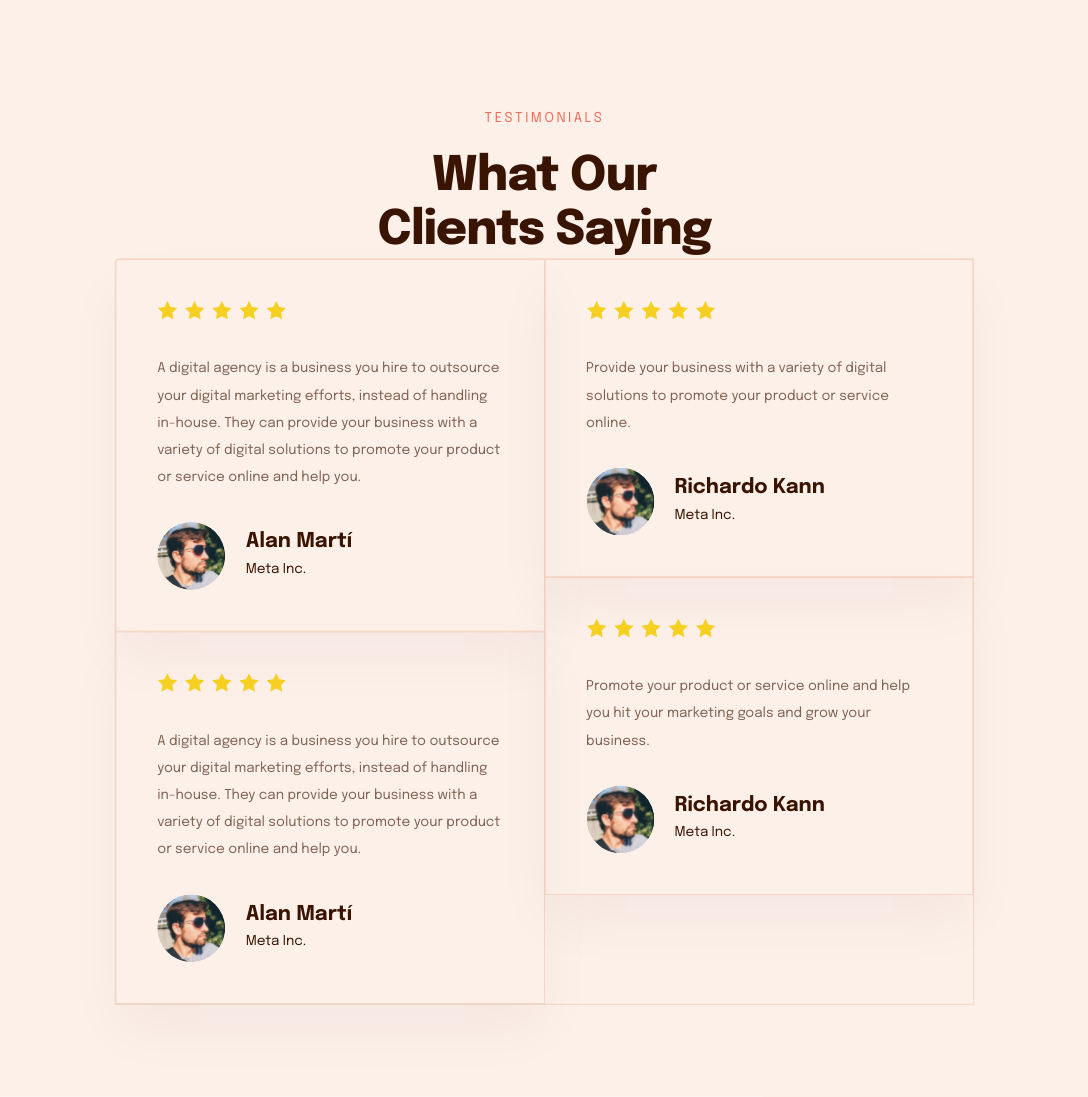
Repository: simralgasimov/task
Page: index.html
These files come from the project's save history. The page is drawn as it stood at one moment and after the next save; the edit follows.
The browser window is 1280 px wide. The pictures show the whole page, at 85% of full size.

Above is the page before, as saved 2023-09-06 13:48:42.

### index.html
<!DOCTYPE html>
<html lang="en">

<head>
  <meta charset="UTF-8" />
  <meta name="viewport" content="width=device-width, initial-scale=1.0" />
  <title>Document</title>
  <link rel="stylesheet" href="index.css" />
</head>

<body>
  <div class="container">
    <h1>Testimonials</h1>
    <h2> What Our <br /> Clients Saying </h2>
    <div class="comment">
      <div class="left-box">
        <div class="box">
          <img class="star-img" src="./img/star.svg" alt="" />
          <p> A digital agency is a business you hire to outsource your digital marketing efforts, instead of handling
            in-house. They can provide your business with a variety of digital solutions to promote your product or
            service online and help you. </p>
          <div class="user">
            <img src="./img/Oval.svg" alt="">
            <div class="user-info">
              <h3>Alan Martí</h3>
              <p>Meta Inc.</p>
            </div>
          </div>
        </div>
        <div class="box">
            <img class="star-img" src="./img/star.svg" alt="" />
            <p> A digital agency is a business you hire to outsource your digital marketing efforts, instead of handling
              in-house. They can provide your business with a variety of digital solutions to promote your product or
              service online and help you. </p>
            <div class="user">
              <img src="./img/Oval.svg" alt="">
              <div class="user-info">
                <h3>Alan Martí</h3>
                <p>Meta Inc.</p>
              </div>
            </div>

        </div>
      </div>
      <div class="right-box">
        <div class="box">
          <img class="star-img" src="./img/star.svg" alt="" />
          <p> Provide your business with a variety of digital solutions to promote your product or service online. </p>
          <div class="user">
            <img src="./img/Oval.svg" alt="">
            <div class="user-info">
              <h3>Richardo Kann</h3>
              <p>Meta Inc.</p>
            </div>
          </div>

      </div>
      <div class="box">
        <img class="star-img" src="./img/star.svg" alt="" />
        <p>Promote your product or service online and help you hit your marketing goals and grow your business. </p>
        <div class="user">
          <img src="./img/Oval.svg" alt="">
          <div class="user-info">
            <h3>Richardo Kann</h3>
            <p>Meta Inc.</p>
          </div>
        </div>

    </div>
      </div>
    </div>
</body>

</html>

### index.css
@import url("https://fonts.googleapis.com/css2?family=Epilogue:wght@400;700;800;900&display=swap");

* {
  margin: 0;
  padding: 0;
  box-sizing: border-box;
}

.container {
  background: #fdf0e9;
  padding: 124px 134px 108px 135px;
}

.container h1 {
  color: var(--Text_Dark_Accent, #ef6d58);
  text-align: center;
  font-feature-settings: "clig" off, "liga" off;
  font-family: Epilogue;
  font-size: 16px;
  font-style: normal;
  font-weight: 400;
  line-height: 32px;
  letter-spacing: 3px;
  text-transform: uppercase;
}

.container h2 {
  margin-top: 20px;
  color: var(--Text_Dark, #391400);
  text-align: center;
  font-feature-settings: "clig" off, "liga" off;
  font-family: Epilogue;
  font-size: 56px;
  font-style: normal;
  font-weight: 800;
  line-height: 64px;
  letter-spacing: -1px;
}

.container .comment {
  border-radius: 6px 0px 0px 0px;
  border: 1px solid #f3d1bf;
display: flex;
}
.container .comment .left-box,
.container .comment .right-box {
  width: 50%;
}
.left-box {
}
.container .comment .box {
  padding: 48px;
  border: 1px solid #F3D1BF;
  box-shadow: 0px 32px 64px 0px rgba(57, 20, 0, 0.04);

}
.container .comment .box .star-img{
    margin-bottom: 36px;
}


.container .comment .box p {
  color: var(--Text_Dark_Gray, rgba(57, 20, 0, 0.64));
  font-feature-settings: "clig" off, "liga" off;
  font-family: Epilogue;
  font-size: 16px;
  font-style: normal;
  font-weight: 400;
  line-height: 32px;
}
.container .comment .box .user {
    margin-top: 36px;
    display: flex;
    align-items: center;
  }

  .container .comment .box .user img {
    width: 80px;
    height: 80px;
    margin-right: 24px;
    border-radius: 50%;
}
  .container .comment .box .user  .user-info h3{
    color: var(--Text_Dark, #391400);
    font-feature-settings: 'clig' off, 'liga' off;
    font-family: Epilogue;
    font-size: 24px;
    font-style: normal;
    font-weight: 700;
    line-height: 32px;
  }
  .container .comment .box .user  .user-info p{
    color: var(--Text_Dark, #391400);
    font-feature-settings: 'clig' off, 'liga' off;
    font-family: Epilogue;
    font-size: 16px;
    font-style: normal;
    font-weight: 400;
    line-height: 32px;
}

After the next save:
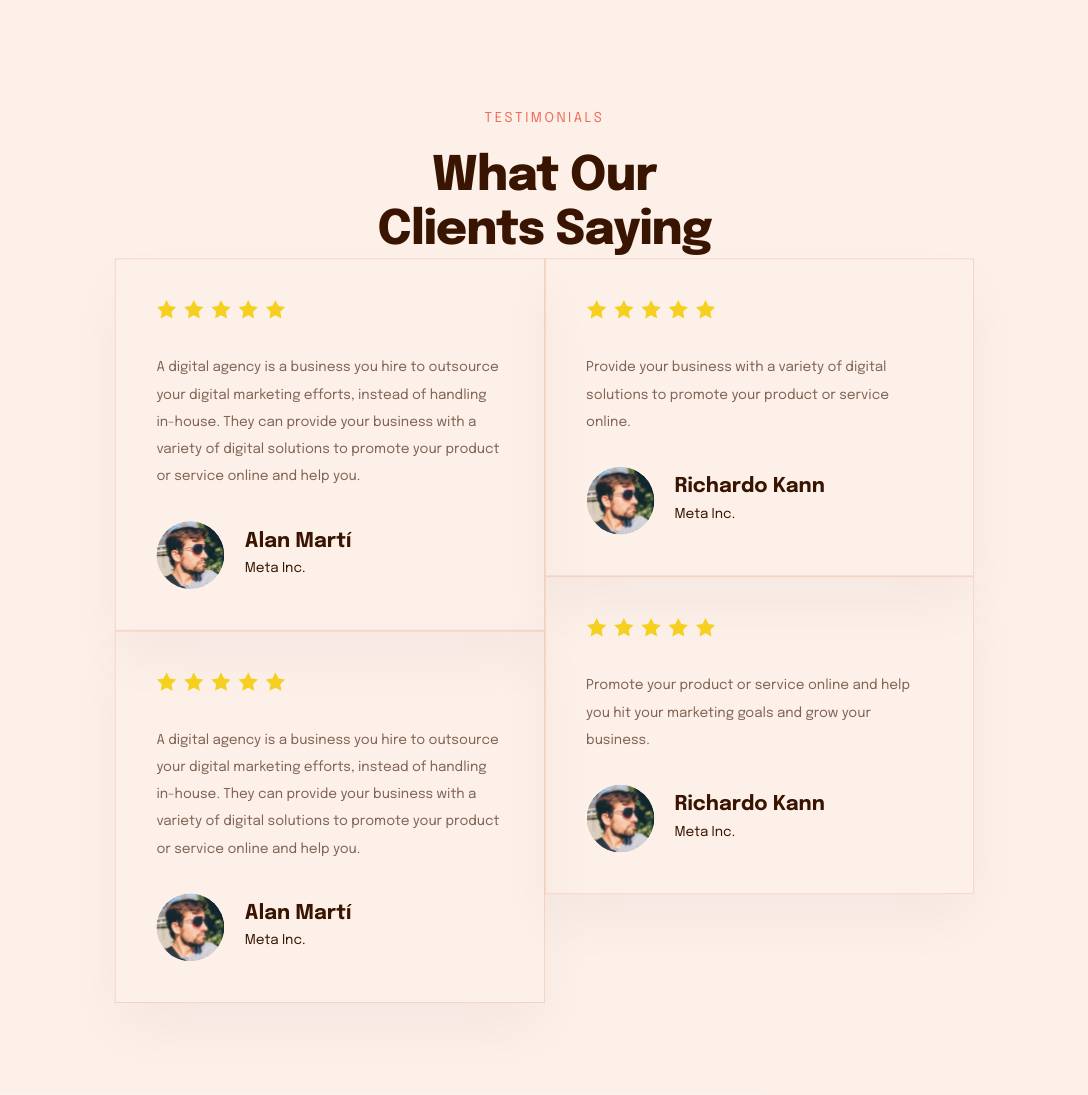
Saved 5 s later.
--- a/index.css
+++ b/index.css
@@ -38,8 +38,7 @@
 }
 
 .container .comment {
-  border-radius: 6px 0px 0px 0px;
-  border: 1px solid #f3d1bf;
+
 display: flex;
 }
 .container .comment .left-box,
